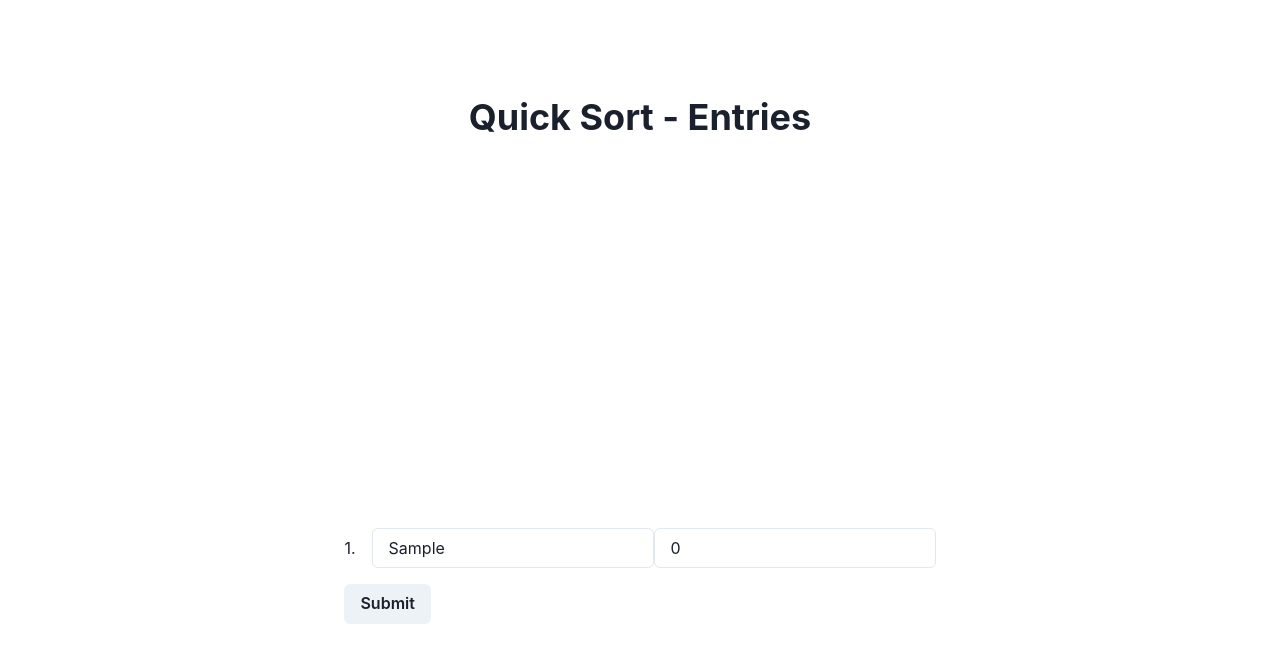
Repository: rohit-jindal18/stock-trailer
Page: /home
The author's editor kept a copy of each file at every save. The page is drawn from the files as they stood at one save, then again after the next save.
The browser window is 1280 px wide. The pictures show the whole page.
The project was rebuilt for these pictures with package versions that can differ from the ones it lists, and the page was loaded fresh each time. The framework's server and built-in components were replaced by stand-ins that run in the browser. Also part of the build but not shown: next.config.js.

Above is the page before, as saved 2023-03-14 15:00:30.

After the next save:
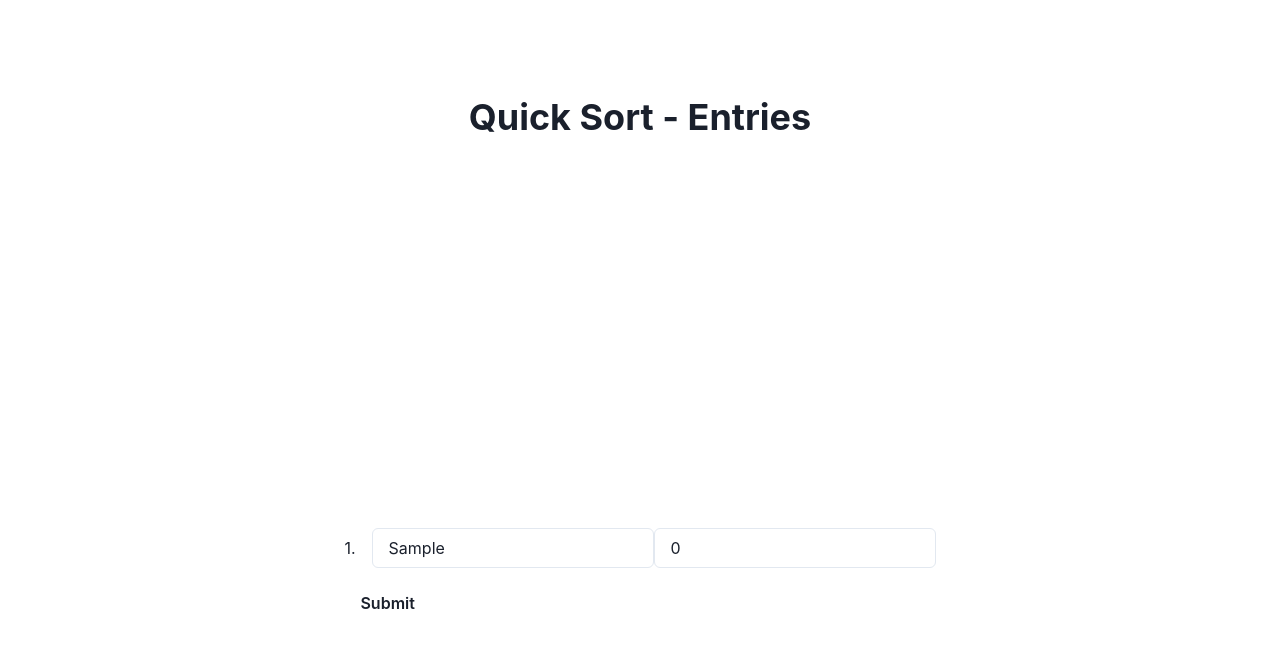
Saved 5 s later.
--- a/src/pages/home.tsx
+++ b/src/pages/home.tsx
@@ -48,7 +48,7 @@ export default function Authorize() {
               );
             })
           }
-          <Button variant={'solid'} mt={'16px'}>Submit</Button>
+          <Button variant={'ghost'} mt={'16px'}>Submit</Button>
         </Box>
       </main>
     </>
